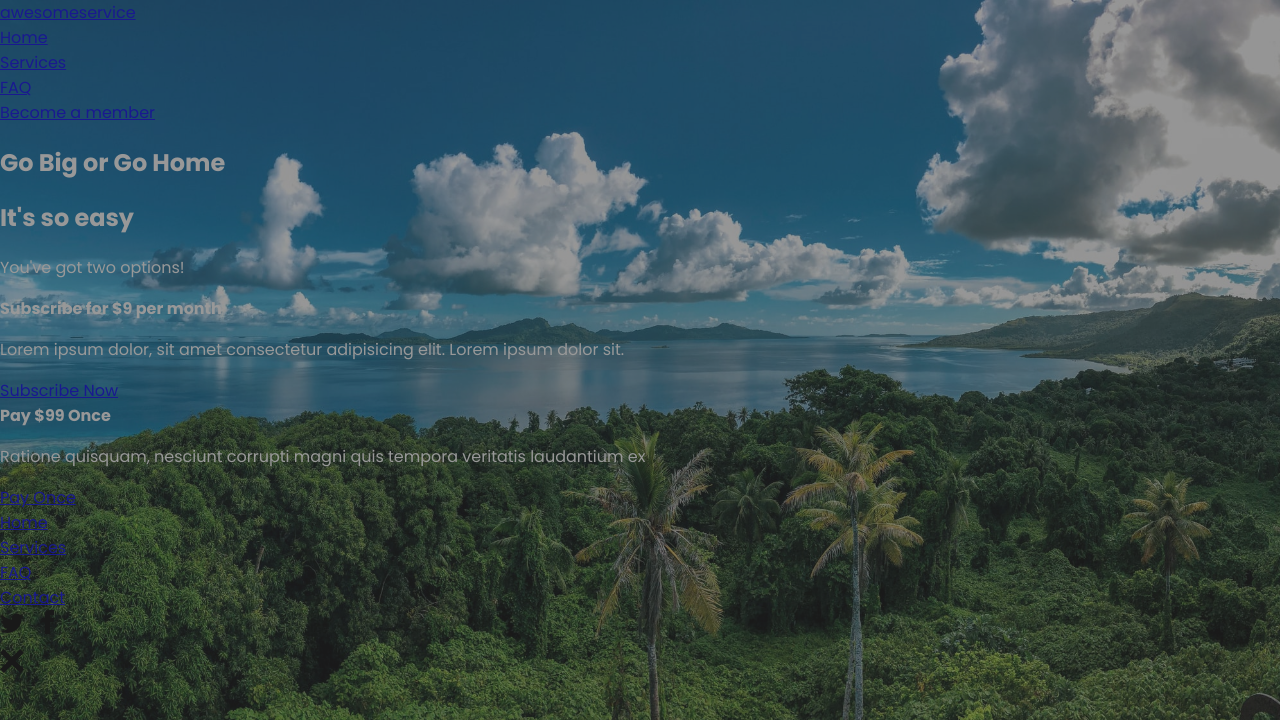
Repository: Hyperion72R/Animated-Navigation
Page: index.html
The author's editor kept a copy of each file at every save. The page is drawn from the files as they stood at one save, then again after the next save.
The browser window is 1280 px wide. The pictures show the whole page.
The style sheet was rebuilt from its Sass, Less or Tailwind sources for each picture, by a compiler version that may differ from the author's.

Above is the page before, as saved 2021-08-14 16:02:08.

### index.html
<!DOCTYPE html>
<html lang="en">
  <head>
    <meta charset="UTF-8" />
    <meta http-equiv="X-UA-Compatible" content="IE=edge" />
    <meta name="viewport" content="width=device-width, initial-scale=1.0" />
    <title>Document</title>
    <link rel="stylesheet" href="css/main.css" />
  </head>
  <body>
    <header>
      <a href="#" class="logo">awesomeservice</a>

      <nav>
        <ul>
          <li><a href="#">Home</a></li>
          <li><a href="#">Services</a></li>
          <li><a href="#">FAQ</a></li>
          <li class="active"><a href="#">Become a member</a></li>
        </ul>
      </nav>
    </header>

    <section>
      <h1>Go Big or Go Home</h1>
    </section>

    <div class="overlay">
      <div class="left">
        <h2>It's so easy</h2>
        <p>You've got two options!</p>

        <div class="cards">
          <div class="card">
            <strong>Subscribe for $9 per month</strong>
            <p>
              Lorem ipsum dolor, sit amet consectetur adipisicing elit. Lorem
              ipsum dolor sit.
            </p>
            <a href="#" class="cta">Subscribe Now</a>
          </div>

          <div class="card">
            <strong>Pay $99 Once</strong>
            <p>
              Ratione quisquam, nesciunt corrupti magni quis tempora veritatis
              laudantium ex
            </p>
            <a href="#" class="cta pay-once">Pay Once</a>
          </div>
        </div>
      </div>

      <div class="middle">
        <ul class="secondary">
          <li><a href="#">Home</a></li>
          <li><a href="#">Services</a></li>
          <li><a href="#">FAQ</a></li>
          <li><a href="#">Contact</a></li>
        </ul>

        <div class="social-nav">
          <a href="" class="twitter"
            ><svg
              xmlns="http://www.w3.org/2000/svg"
              width="32"
              height="32"
              viewBox="0 -1.15 32 32"
            >
              <path
                d="M24 4.557c-.883.392-1.832.656-2.828.775 1.017-.609 1.798-1.574 2.165-2.724-.951.564-2.005.974-3.127 1.195-.897-.957-2.178-1.555-3.594-1.555-3.179 0-5.515 2.966-4.797 6.045-4.091-.205-7.719-2.165-10.148-5.144-1.29 2.213-.669 5.108 1.523 6.574-.806-.026-1.566-.247-2.229-.616-.054 2.281 1.581 4.415 3.949 4.89-.693.188-1.452.232-2.224.084.626 1.956 2.444 3.379 4.6 3.419-2.07 1.623-4.678 2.348-7.29 2.04 2.179 1.397 4.768 2.212 7.548 2.212 9.142 0 14.307-7.721 13.995-14.646.962-.695 1.797-1.562 2.457-2.549z"
              /></svg
          ></a>
          <a href="" class="facebook"
            ><svg
              xmlns="http://www.w3.org/2000/svg"
              width="32"
              height="32"
              viewBox="0 0 32 32"
            >
              <path
                d="M9 8h-3v4h3v12h5v-12h3.642l.358-4h-4v-1.667c0-.955.192-1.333 1.115-1.333h2.885v-5h-3.808c-3.596 0-5.192 1.583-5.192 4.615v3.385z"
              /></svg
          ></a>
        </div>
      </div>

      <div class="right">
        <svg
          class="exit"
          xmlns="http://www.w3.org/2000/svg"
          width="58"
          height="58"
          viewBox="0 0 58 58"
        >
          <path
            d="M24 20.188l-8.315-8.209 8.2-8.282-3.697-3.697-8.212 8.318-8.31-8.203-3.666 3.666 8.321 8.24-8.206 8.313 3.666 3.666 8.237-8.318 8.285 8.203z"
          />
        </svg>
      </div>
    </div>
  </body>
</html>

### css/main.scss
@import url("https://fonts.googleapis.com/css2?family=Poppins:ital,wght@0,400;0,500;0,600;0,700;0,800;0,900;1,400;1,500;1,600;1,700;1,800;1,900&display=swap");

*,
*:before,
*::after {
  box-sizing: border-box;
}

body::after {
  content: "";
  display: block;
  width: 100%;
  height: 100%;
  background-color: rgba(51, 51, 51, 0.5);
  position: absolute;
  top: 0;
  left: 0;
}

body {
  height: 100vh;
  //   background: #8000ff url("../assets/images/bg.jpg");
  //   background: linear-gradient(rgba(4, 230, 168, 0.8), rgba(44, 189, 230, 0.8)),
  //     url("../assets/images/bg.jpg");
  background: url("../assets/images/bg.jpg");
  background-size: cover;
  color: white;
  font-family: "Poppins";
  margin: 0;
  //   overflow: hidden;
  background-repeat: no-repeat;
}

ul {
  list-style-type: none;
  margin: 0;
  padding: 0;
}

section,
header {
}

.overlay {
  //   display: none;
}

After the next save:
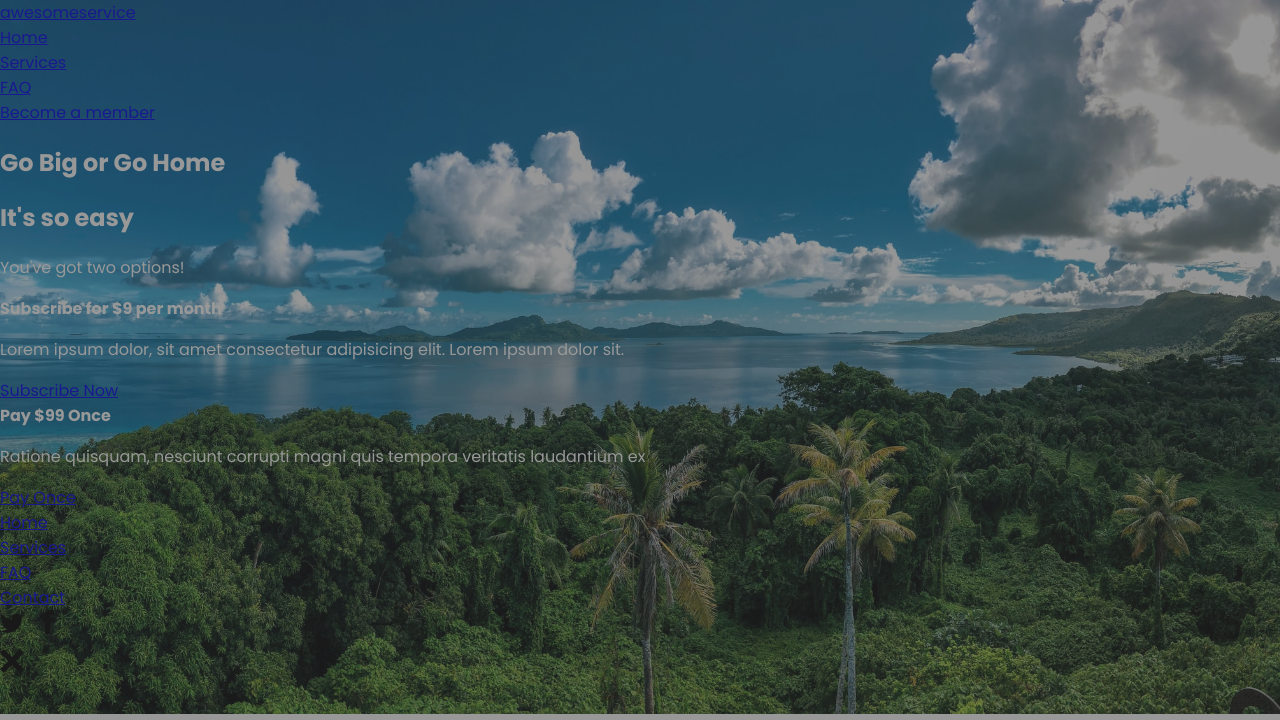
Saved 4 s later.
--- a/css/main.scss
+++ b/css/main.scss
@@ -18,7 +18,7 @@
 }
 
 body {
-  height: 100vh;
+  //   height: 100vh;
   //   background: #8000ff url("../assets/images/bg.jpg");
   //   background: linear-gradient(rgba(4, 230, 168, 0.8), rgba(44, 189, 230, 0.8)),
   //     url("../assets/images/bg.jpg");

After the 3 saves that followed:
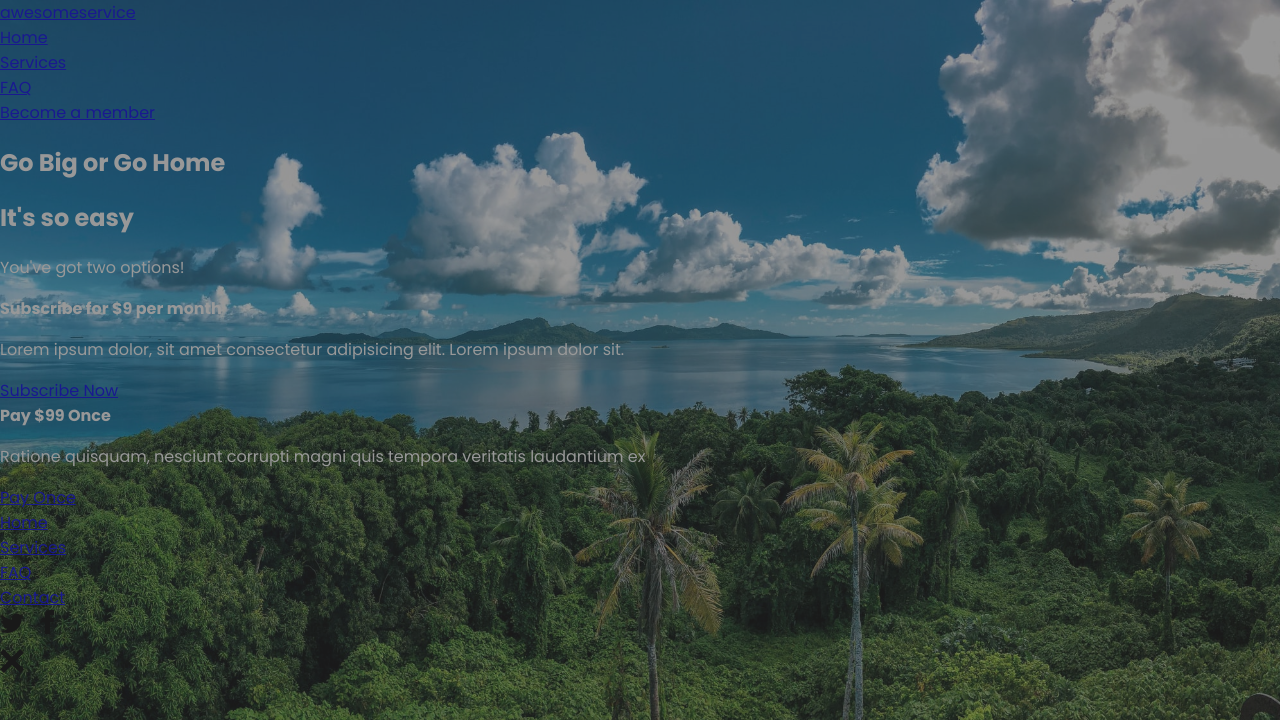
The 3 saves are shown as one change because 1 left the picture as it was and some came seconds apart.
The last was saved 42 s later.
--- a/css/main.scss
+++ b/css/main.scss
@@ -18,7 +18,7 @@
 }
 
 body {
-  //   height: 100vh;
+  height: 100vh;
   //   background: #8000ff url("../assets/images/bg.jpg");
   //   background: linear-gradient(rgba(4, 230, 168, 0.8), rgba(44, 189, 230, 0.8)),
   //     url("../assets/images/bg.jpg");
